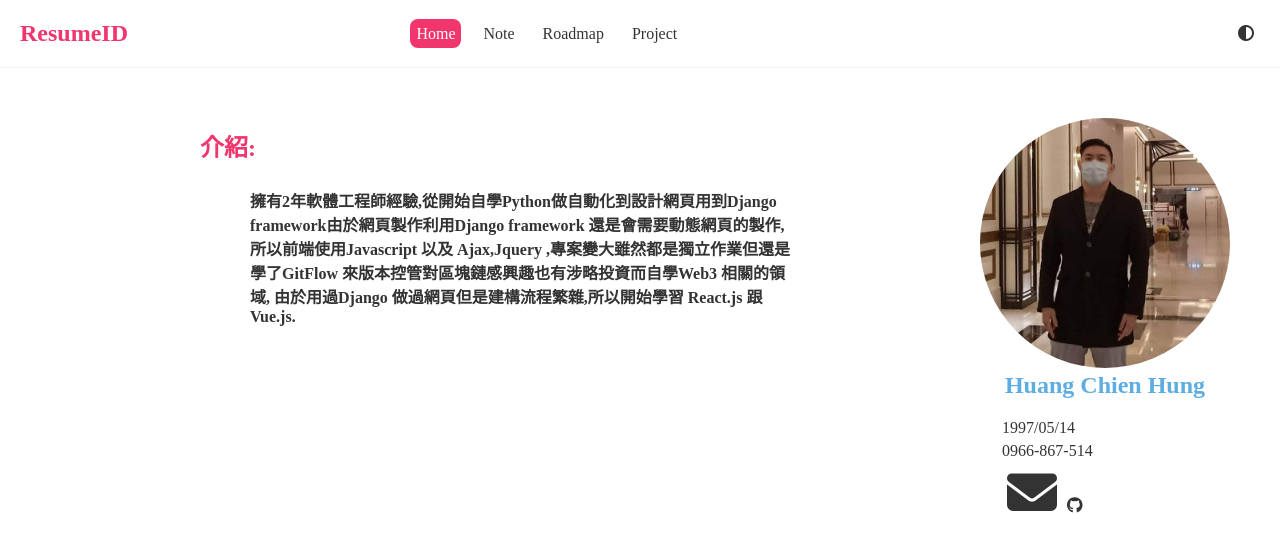
Repository: leo-play-code/ResumeID
Page: /
An editor plug-in stored every save of this project. The page is shown before and after the next save, followed by the edit.
The browser window is 1280 px wide. The pictures show the whole page.
The pointer rests on the first visible `.Home .contact a`.
Some web libraries are served in a nearby version. The project was rebuilt for these pictures with package versions that can differ from the ones it lists, and the page was loaded fresh each time. Also part of the build but not shown: src/Note/Note.js, src/Roadmap/Roadmap.js, src/Project/Project.js.

Above is the page before, as saved 2022-10-18 14:54:49.

After the next save:
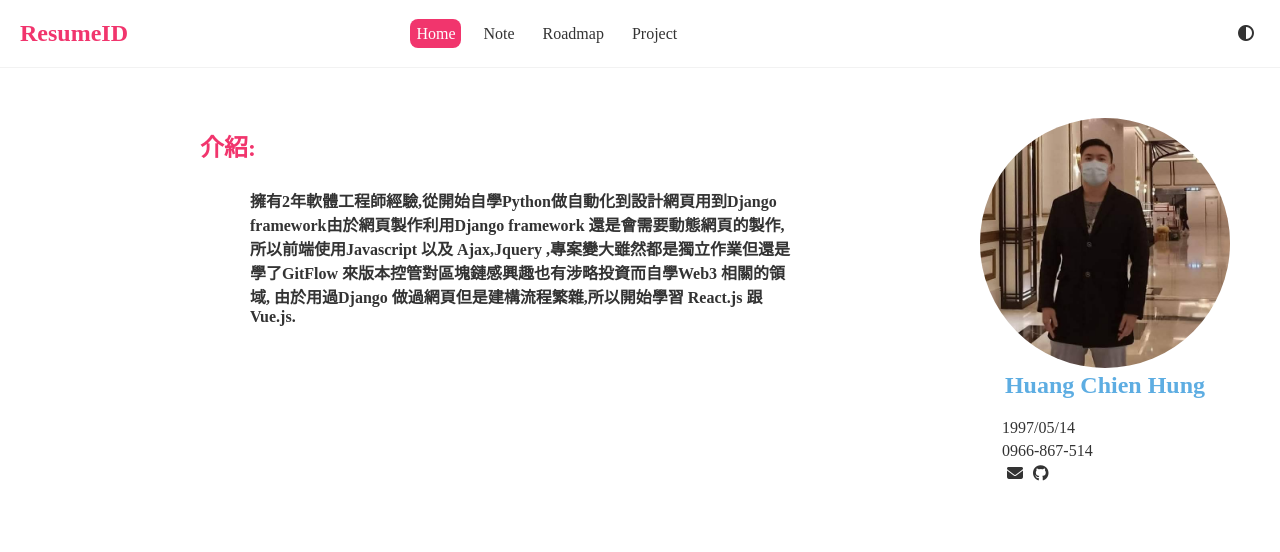
Saved 112 s later.
--- a/src/index.css
+++ b/src/index.css
@@ -98,5 +98,5 @@
 }
 
 .Home .contact a:hover{
-  font-size: 50px;
+  transform:scale(1.3);
 }

After the 3 saves that followed:
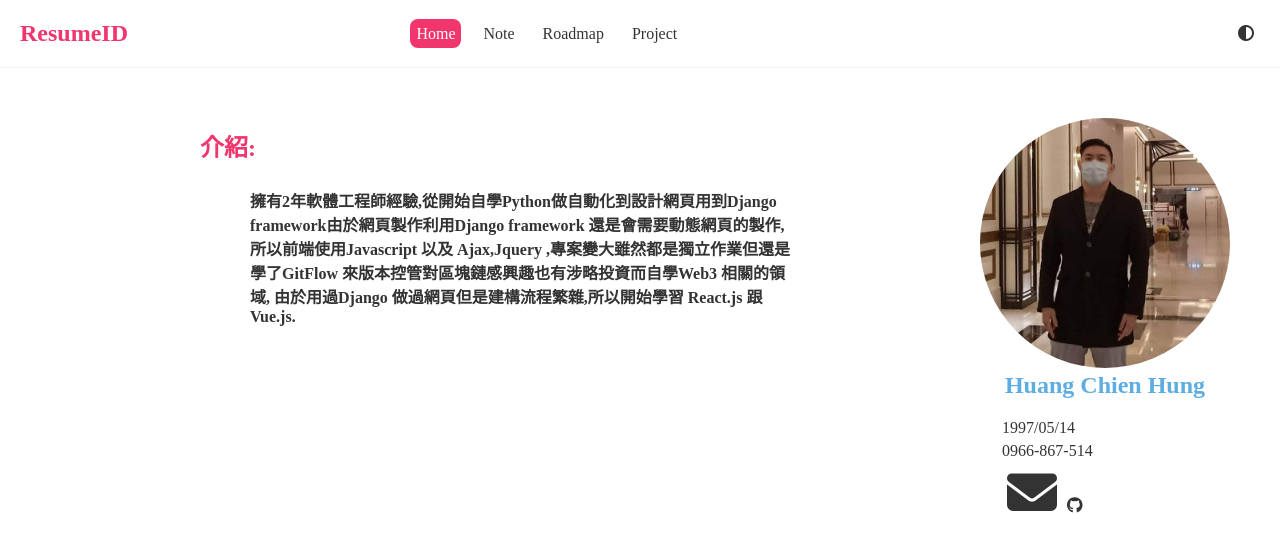
The 3 saves are shown as one change because 1 left the picture as it was and some came seconds apart.
The last was saved 49 s later.
--- a/src/index.css
+++ b/src/index.css
@@ -98,5 +98,5 @@
 }
 
 .Home .contact a:hover{
-  transform:scale(1.3);
+  font-size: 50px;
 }
